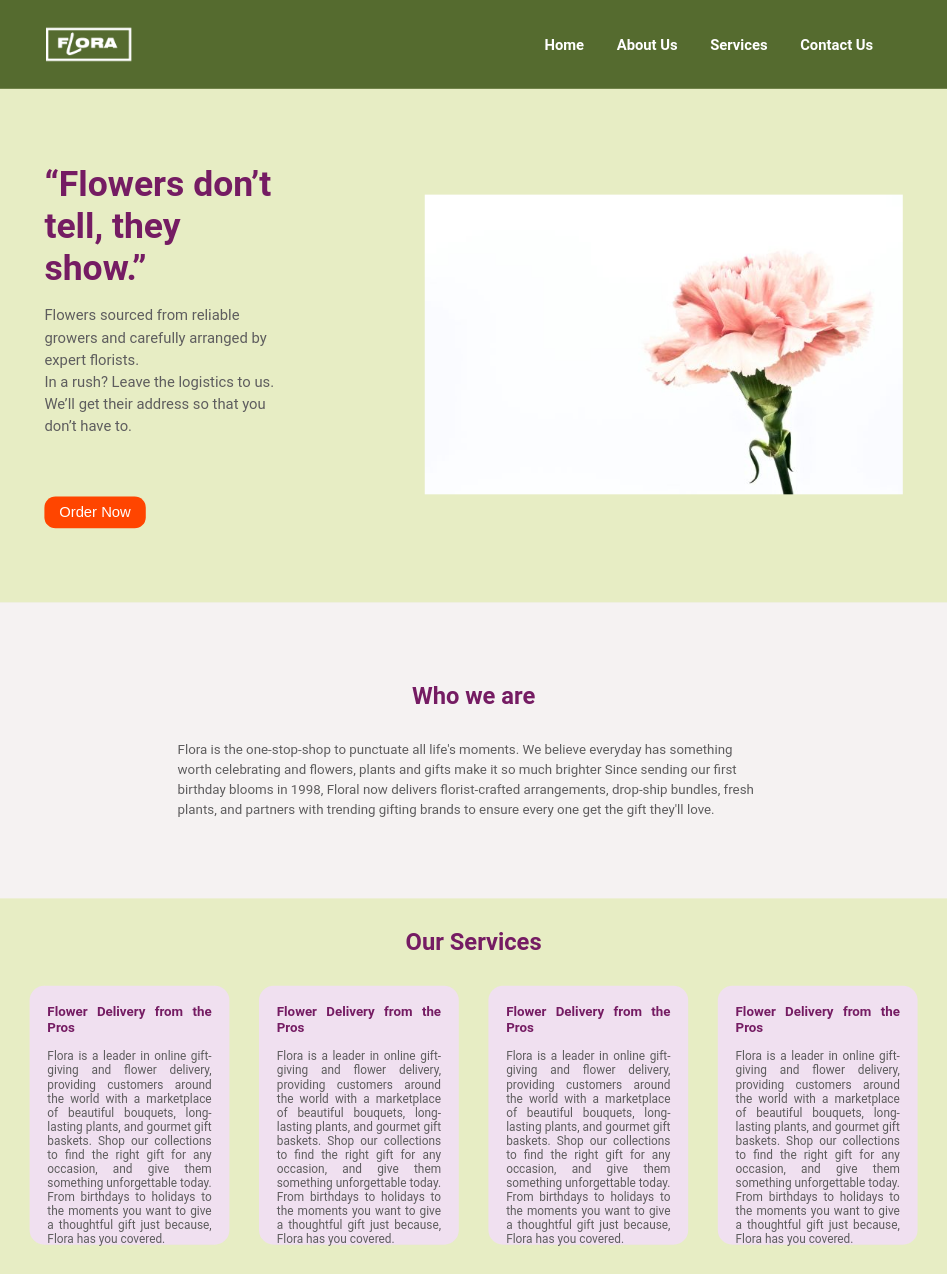
Repository: SaadYasin/test003-flex-box
Page: index.html
An editor plug-in stored every save of this project. The page is shown before and after the next save, followed by the edit.
The browser window is 1280 px wide. The pictures show the whole page, at 74% of full size.

Above is the page before, as saved 2022-11-02 16:11:24.

After the next save:
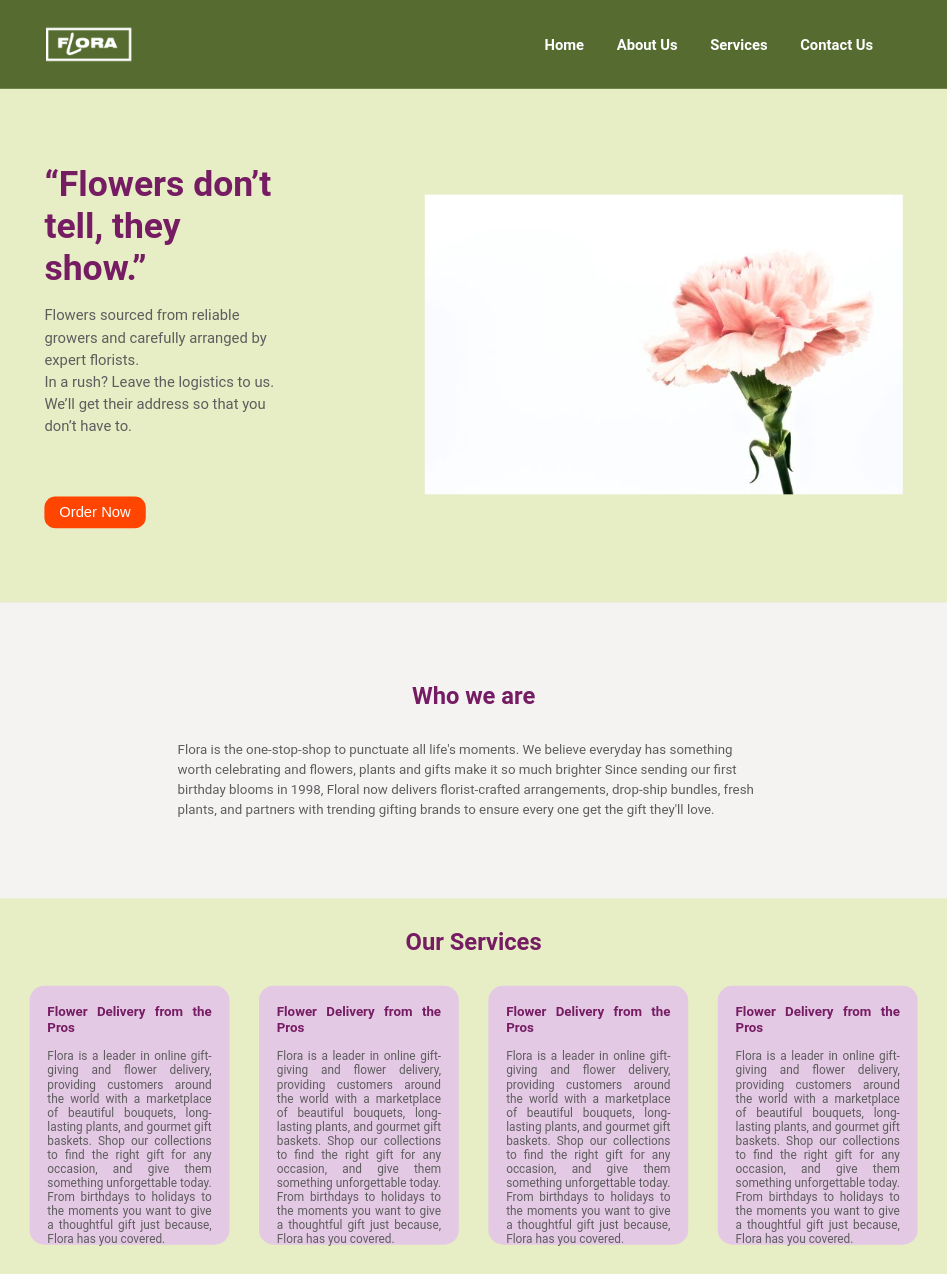
Saved 55 s later.
--- a/style.css
+++ b/style.css
@@ -133,7 +133,7 @@ font-weight: bold;
   align-items: center;
   width: 350px;
   height: 350px;
-  background: rgb(240, 224, 240);
+  background: rgb(228, 201, 228);
   padding: 24px;
   text-align: justify;
   border-radius: 20px;
